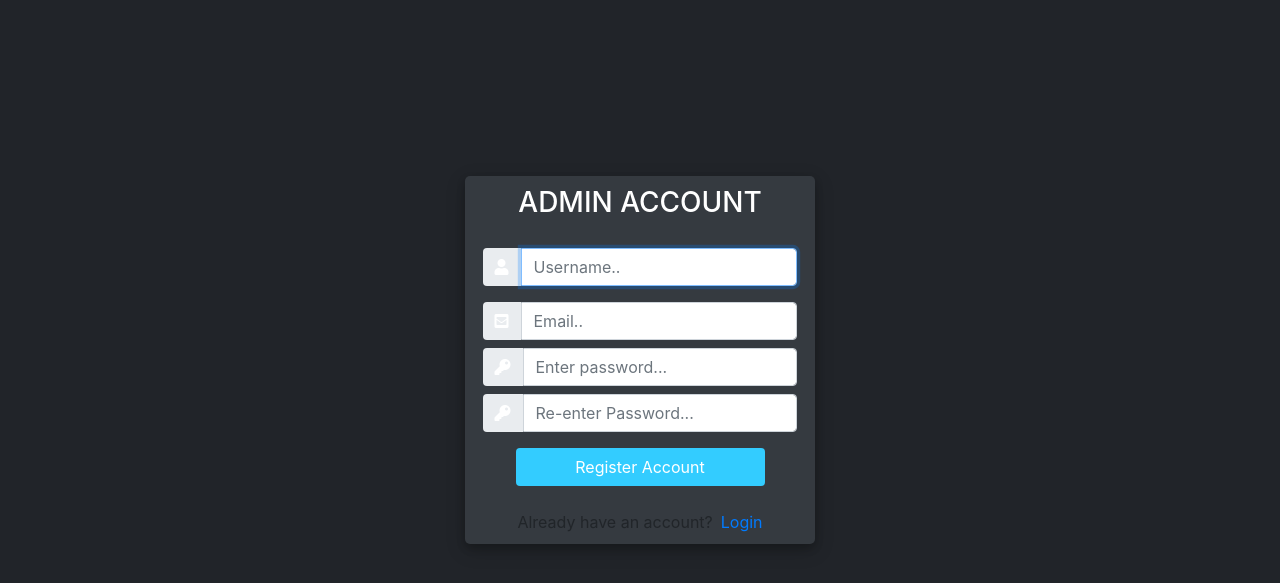
Repository: Abdaljawad-Aya/login-register-auth-validation-Django
Page: http://localhost/register/
These files come from the project's save history. The page is drawn as it stood at one moment and after the next save; the edit follows.
The browser window is 1280 px wide. The pictures show the whole page.
Some web libraries are served in a nearby version. The page is served by the project's application, run on Django 3.2 (project8/manage.py). Other server files are loaded and not shown.

Above is the page before, as saved 2021-03-11 22:23:21.

### project8/project8/templates/register.html
<!DOCTYPE html>
<html>

<head>
	<title>Login</title>
	<link rel="stylesheet" href="https://stackpath.bootstrapcdn.com/bootstrap/4.1.3/css/bootstrap.min.css" integrity="sha384-MCw98/SFnGE8fJT3GXwEOngsV7Zt27NXFoaoApmYm81iuXoPkFOJwJ8ERdknLPMO" crossorigin="anonymous">
	<script src="https://ajax.googleapis.com/ajax/libs/jquery/3.3.1/jquery.min.js"></script>
	<link rel="stylesheet" href="https://use.fontawesome.com/releases/v5.6.1/css/all.css" integrity="sha384-gfdkjb5BdAXd+lj+gudLWI+BXq4IuLW5IT+brZEZsLFm++aCMlF1V92rMkPaX4PP" crossorigin="anonymous">

	<style>
		body,
		html {
			margin: 0;
			padding: 0;
			height: 100%;
			background: #212429 !important;
		}
		.user_card {
			width: 350px;
			margin-top: auto;
			margin-bottom: auto;
			background: #353a40;
			position: relative;
			display: flex;
			justify-content: center;
			flex-direction: column;
			padding: 10px;
			box-shadow: 0 4px 8px 0 rgba(0, 0, 0, 0.2), 0 6px 20px 0 rgba(0, 0, 0, 0.19);
			-webkit-box-shadow: 0 4px 8px 0 rgba(0, 0, 0, 0.2), 0 6px 20px 0 rgba(0, 0, 0, 0.19);
			-moz-box-shadow: 0 4px 8px 0 rgba(0, 0, 0, 0.2), 0 6px 20px 0 rgba(0, 0, 0, 0.19);
			border-radius: 5px;

		}

		.form_container {
			margin-top: 20px;
		}

		#form-title{
			color: #fff;
		}
		.login_btn {
			width: 100%;
			background: #33ccff !important;
			color: white !important;
		}
		.login_btn:focus {
			box-shadow: none !important;
			outline: 0px !important;
		}
		.login_container {
			padding: 0 2rem;
		}
		.input-group-text {
			background: ##212429 !important;
			color: white !important;
			border: 0 !important;
			border-radius: 0.25rem 0 0 0.25rem !important;
		}
		.input_user,
		.input_pass:focus {
			box-shadow: none !important;
			outline: 0px !important;
		}

	</style>

</head>
<body>
	<div class="container h-100">
		<div class="d-flex justify-content-center h-100">
			<div class="user_card">
				<div class="d-flex justify-content-center">
					<h3 id="form-title">ADMIN ACCOUNT</h3>
				</div>
				<div class="d-flex justify-content-center form_container">

					<form method="POST" action="">
            {% csrf_token %}

						<div class="input-group mb-3">
							<div class="input-group-append">
								<span class="input-group-text"><i class="fas fa-user"></i></span>
							</div>
							{{form.username}}
						</div>
						<div class="input-group mb-2">
							<div class="input-group-append">
								<span class="input-group-text"><i class="fas fa-envelope-square"></i></span>
							</div>
							  {{form.email}}

						</div>
						<div class="input-group mb-2">
							<div class="input-group-append">
								<span class="input-group-text"><i class="fas fa-key"></i></span>
							</div>
							  {{form.password1}}
						</div>
						<div class="input-group mb-2">
							<div class="input-group-append">
								<span class="input-group-text"><i class="fas fa-key"></i></span>
							</div>
							 {{form.password2}}
						</div>

				   		<div class="d-flex justify-content-center mt-3 login_container">
				 			<input class="btn login_btn" type="submit" value="Register Account">
				   		</div>
					</form>
				</div>

				<div class="mt-4">
					<div class="d-flex justify-content-center links">
						Already have an account? <a href="{% url 'login' %}" class="ml-2">Login</a>
					</div>
				</div>
			</div>
		</div>
	</div>
	<script>
						/* Because i didnt set placeholder values in forms.py they will be set here using vanilla Javascript
		//We start indexing at one because CSRF_token is considered and input field
		 */

		//Query All input fields
		var form_fields = document.getElementsByTagName('input')
		form_fields[1].placeholder='Username..';
		form_fields[2].placeholder='Email..';
		form_fields[3].placeholder='Enter password...';
		form_fields[4].placeholder='Re-enter Password...';


		for (var field in form_fields){
			form_fields[field].className += ' form-control'
		}
	</script>
</body>
</html>



{% comment %} <h1>register</h1>


<form method="POST" action>
  {% csrf_token %}
  {{form.username.label}}
  {{form.username}}

  {{form.email.label}}
  {{form.email}}

  {{form.password1.label}}
  {{form.password1}}

  {{form.password2.label}}
  {{form.password2}}
     <input type="submit" name="Create User">
</form> {% endcomment %}

### project8/project8/App/forms.py
from django.forms import ModelForm
from django.contrib.auth.forms import UserCreationForm
from django.contrib.auth.models import User
from django import forms

from .models import Data_Source



class OrderForm(ModelForm):
  class Meta:
          model  = Data_Source
          fields = '__all__'

class CreateUserForm(UserCreationForm):
    class Meta:
          model  = User
          fields = ['username','email','password1','password2']

### project8/project8/App/views.py
from django.shortcuts import render
from django.contrib.auth.forms import UserCreationForm


# Create your views here.
from .models import *
from .forms import OrderForm, CreateUserForm
from .filters import OrderFilters


def registerPage(request):
    form = CreateUserForm()

    if request.method == 'POST':
        form = CreateUserForm(request.POST)
        if form.is_valid():
              form.save()

    context ={'form':form}
    return render(request, '../templates/register.html', context)


def loginPage(request):
    context ={}
    return render(request, '../templates/login.html', context)

def index(request):
    return render(request , "index.html")

### project8/project8/project8/urls.py
"""project8 URL Configuration

The `urlpatterns` list routes URLs to views. For more information please see:
    https://docs.djangoproject.com/en/3.1/topics/http/urls/
Examples:
Function views
    1. Add an import:  from my_app import views
    2. Add a URL to urlpatterns:  path('', views.home, name='home')
Class-based views
    1. Add an import:  from other_app.views import Home
    2. Add a URL to urlpatterns:  path('', Home.as_view(), name='home')
Including another URLconf
    1. Import the include() function: from django.urls import include, path
    2. Add a URL to urlpatterns:  path('blog/', include('blog.urls'))
"""
from django.contrib import admin
from django.urls import path
from App import views

urlpatterns = [
    path('register/', views.registerPage, name="register"),
    path('login/', views.loginPage, name="login"),

    path('admin/', admin.site.urls),
    path('', views.index),
]

After the next save:
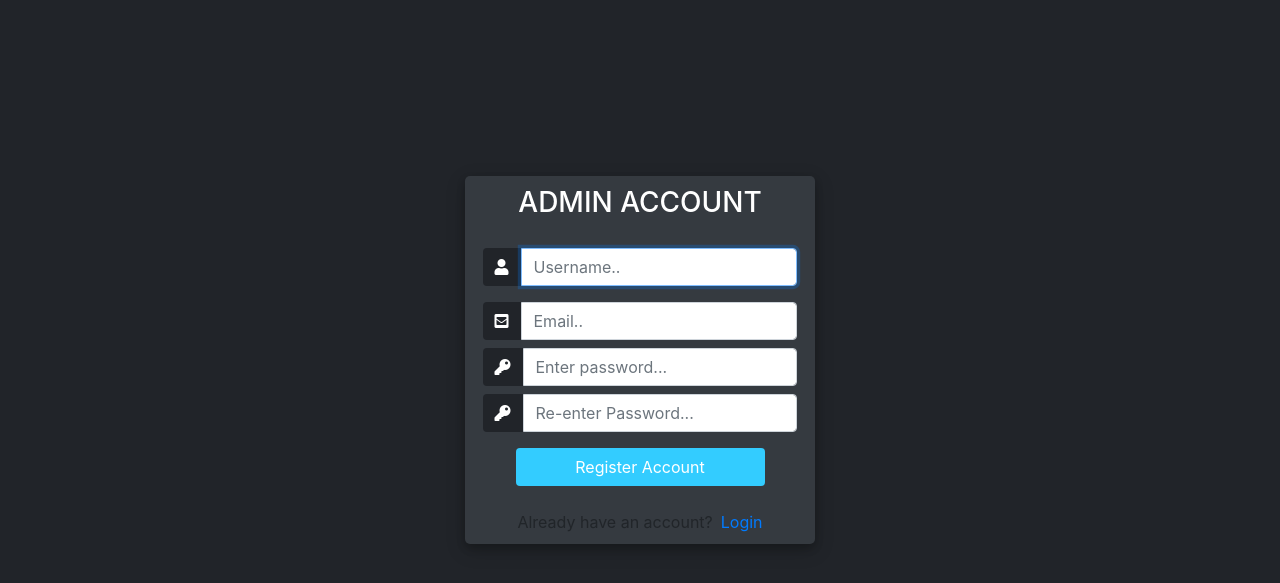
Saved 12 s later.
--- a/project8/project8/templates/register.html
+++ b/project8/project8/templates/register.html
@@ -52,7 +52,7 @@
 			padding: 0 2rem;
 		}
 		.input-group-text {
-			background: ##212429 !important;
+			background: #212429 !important;
 			color: white !important;
 			border: 0 !important;
 			border-radius: 0.25rem 0 0 0.25rem !important;
